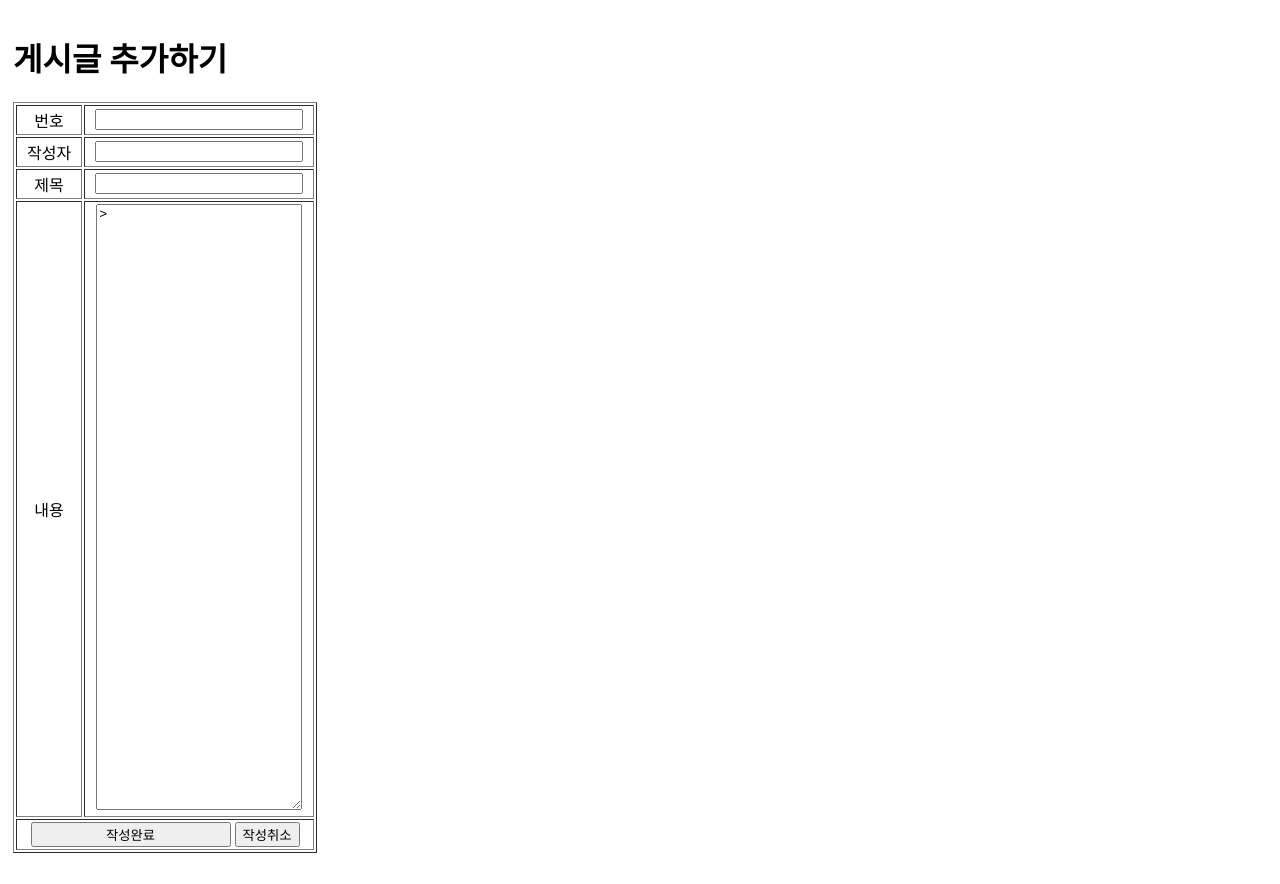
Repository: jjuhye/JSPWorkspace
Page: http://localhost/basic/00_board/_04_addBoard.jsp
The author's editor kept a copy of each file at every save. The page is drawn from the files as they stood at one save, then again after the next save.
The browser window is 1280 px wide. The pictures show the whole page.
The page is served by Tomcat 9.

Above is the page before, as saved 2023-02-24 07:38:36.

After the next save:
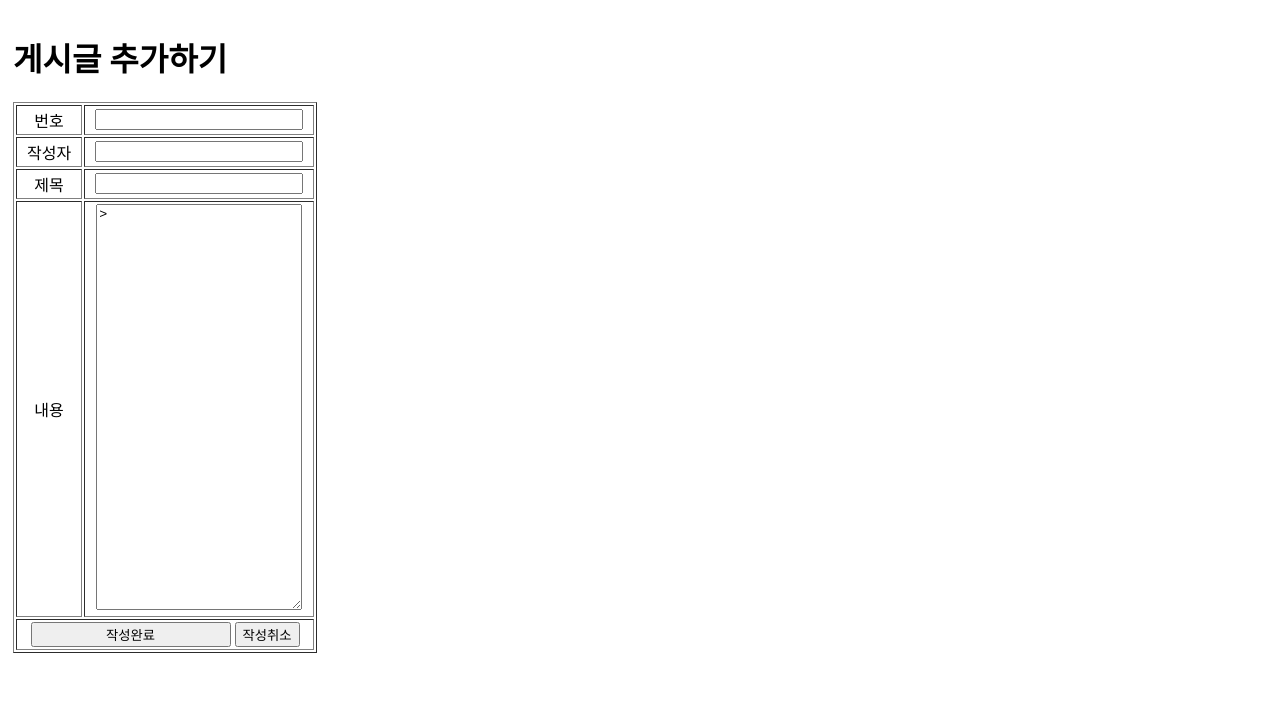
Saved 6 s later.
--- a/basic/src/main/webapp/00_board/board.css
+++ b/basic/src/main/webapp/00_board/board.css
@@ -17,6 +17,6 @@ input{
 
 textarea{
 	width: 200px;
-	height: 600px;
+	height: 400px;
 
 }
